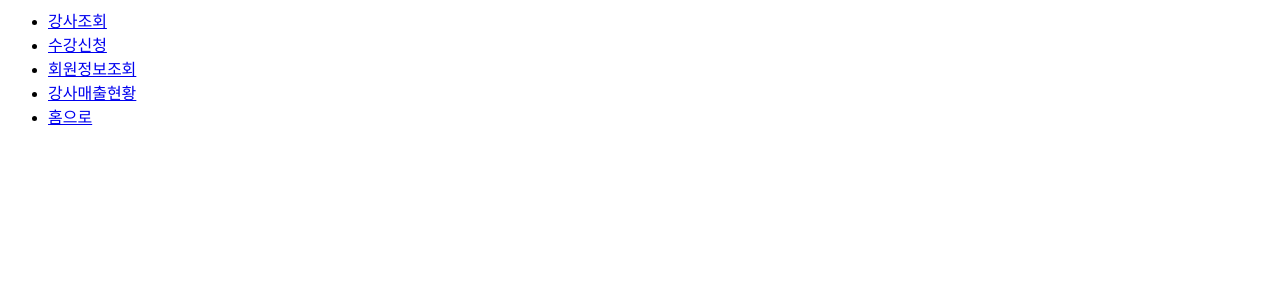
Repository: balhyo-younjisang/DigitechJSP
Page: http://localhost/golf/component/header.jsp
An editor plug-in stored every save of this project. The page is shown before and after the next save, followed by the edit.
The browser window is 1280 px wide. The pictures show the whole page.
The page is served by Tomcat 9. Other server files are loaded and not shown.

Above is the page before, as saved 2025-04-11 03:44:02.

### pizza0403/golf/src/main/webapp/component/header.jsp
<%@ page language="java" contentType="text/html; charset=UTF-8"
	pageEncoding="UTF-8"%>
<header>
	<div></div>
	<nav>
		<ul>
			<li><a href="teacher.jsp">강사조회</a></li>
			<li><a href="register.jsp">수강신청</a></li>
			<li><a href="select.jsp">회원정보조회</a></li>
			<li><a href="cost.jsp">강사매출현황</a></li>
			<li><a href="index.jsp">홈으로</a></li>
		</ul>
	</nav>
</header>

After the next save:
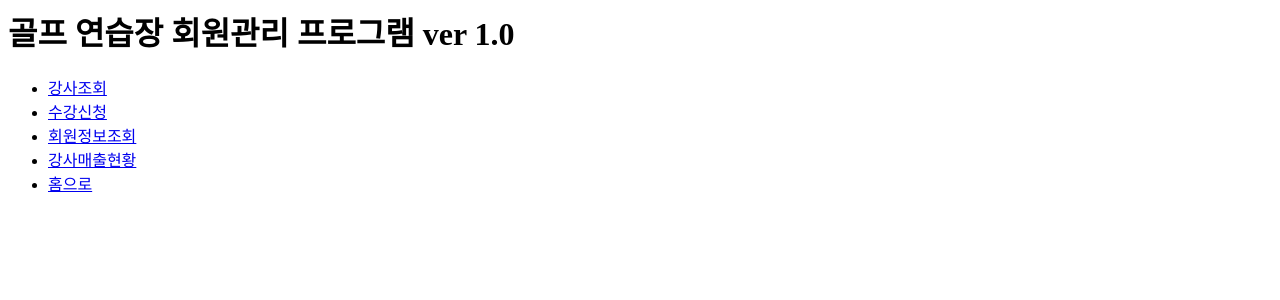
Saved 7 s later.
--- a/pizza0403/golf/src/main/webapp/component/header.jsp
+++ b/pizza0403/golf/src/main/webapp/component/header.jsp
@@ -1,7 +1,9 @@
 <%@ page language="java" contentType="text/html; charset=UTF-8"
 	pageEncoding="UTF-8"%>
 <header>
-	<div></div>
+	<div>
+		<h1>골프 연습장 회원관리 프로그램 ver 1.0</h1>
+	</div>
 	<nav>
 		<ul>
 			<li><a href="teacher.jsp">강사조회</a></li>
